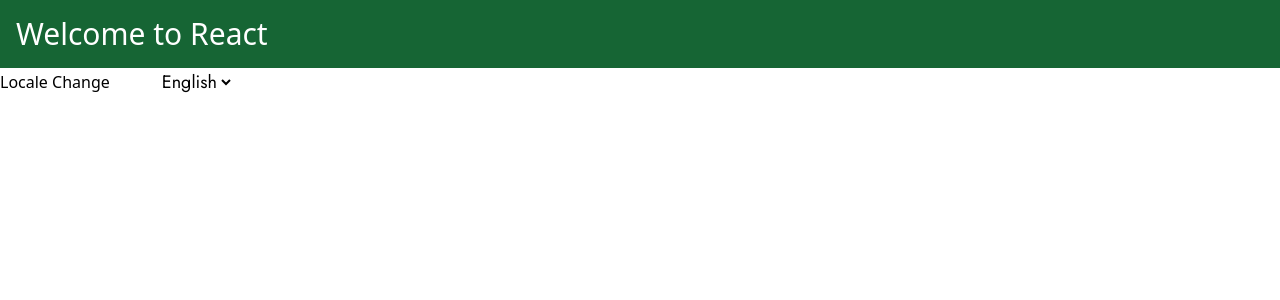
Repository: SaadYasin/react-internationalization
Page: /
These files come from the project's save history. The page is drawn as it stood at one moment and after the next save; the edit follows.
The browser window is 1280 px wide. The pictures show the whole page.
The project was rebuilt for these pictures with package versions that can differ from the ones it lists, and the page was loaded fresh each time. Also part of the build but not shown: vite.config.js.

Above is the page before, as saved 2024-07-19 14:18:51.

After the next save:
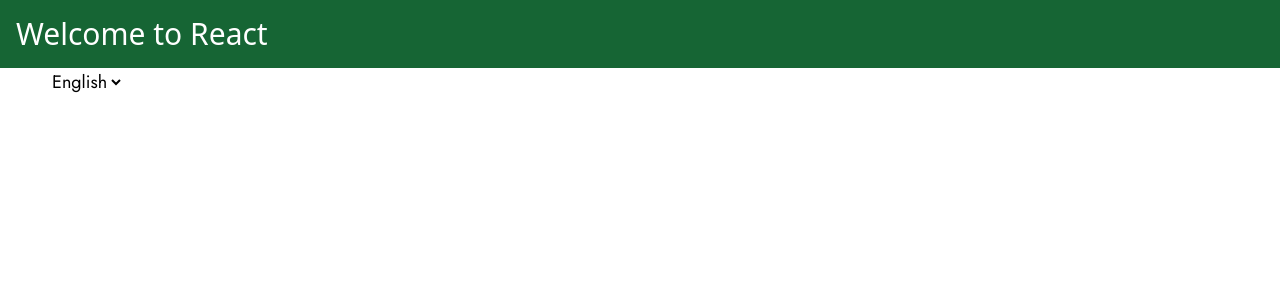
Saved 118 s later.
--- a/src/App.jsx
+++ b/src/App.jsx
@@ -31,7 +31,7 @@
 
         {/* Language selection */}
         <div>
-          <label>Locale Change</label>
+          {/* <label>Locale Change</label> */}
           <select
             value={locale}
             onChange={handleChange}
